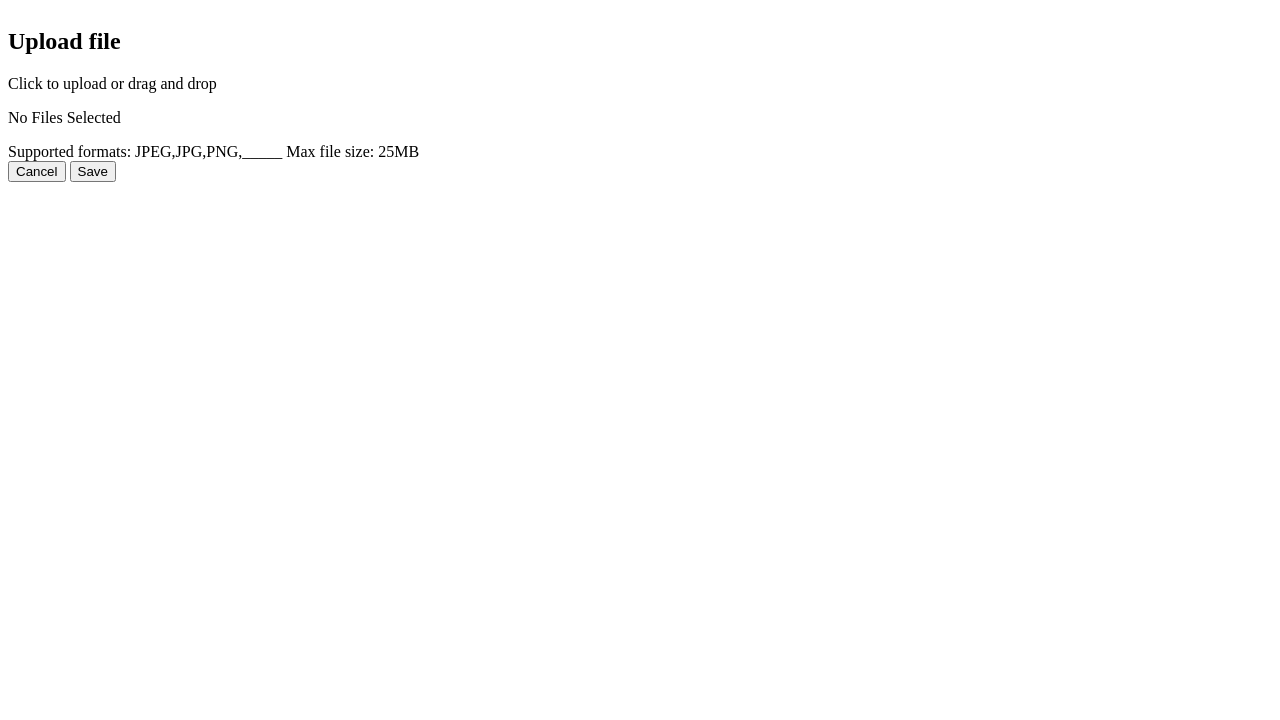
Repository: Injenuity1/file_System_1
Page: index.html
An editor plug-in stored every save of this project. The page is shown before and after the next save, followed by the edit.
The browser window is 1280 px wide. The pictures show the whole page.

Above is the page before, as saved 2025-02-05 02:15:27.

After the next save:
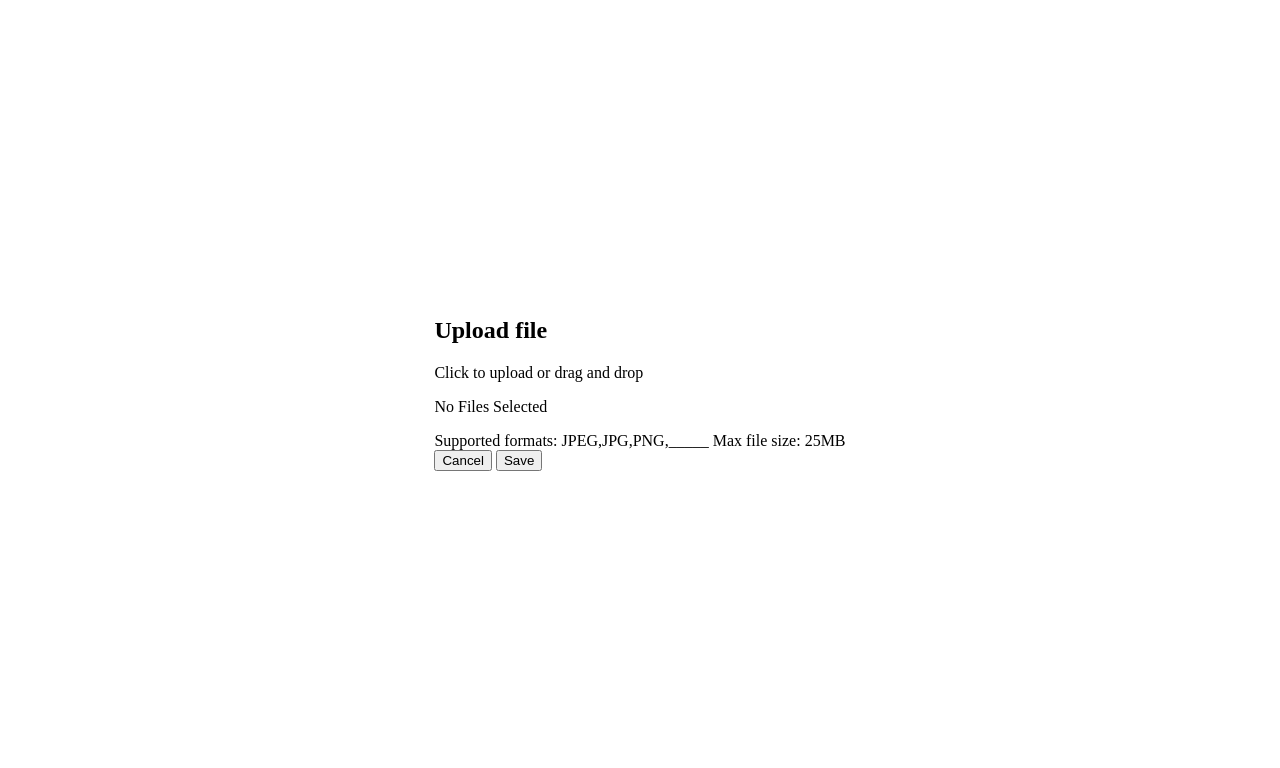
Saved 3 min 3 s later.
--- a/styles.css
+++ b/styles.css
@@ -18,4 +18,9 @@ body {
     font-family: 'work San', 'sans-serif';
     background: var(--bg);
     display: flex;
+    justify-content: center;
+    align-items: center;
+    height: 100vh;
+    padding: 1rem;
+    color: var(--text);
 }
